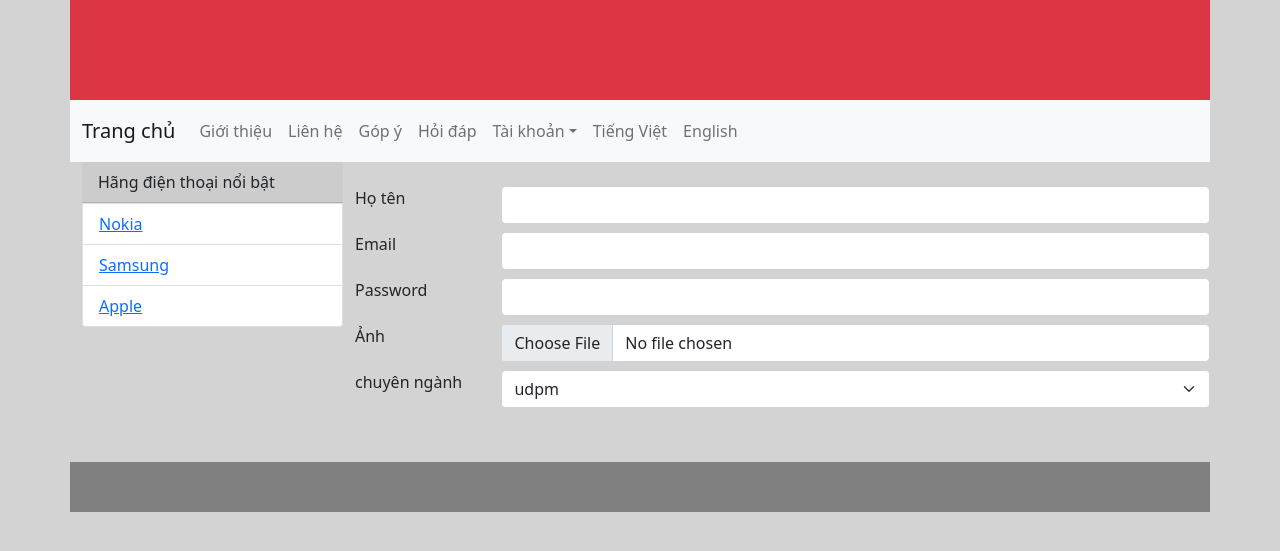
Repository: minhtu5502/fontendFamework
Page: day1 copy/index.html
An editor plug-in stored every save of this project. The page is shown before and after the next save, followed by the edit.
The browser window is 1280 px wide. The pictures show the whole page.

Above is the page before, as saved 2022-01-08 15:55:34.

### day1 copy/index.html
<!DOCTYPE html>
<html lang="en">

<head>
    <meta charset="UTF-8">
    <meta http-equiv="X-UA-Compatible" content="IE=edge">
    <meta name="viewport" content="width=device-width, initial-scale=1.0">
    <title>IT16313</title>
    <!-- Style -->
    <link rel="stylesheet" href="css/bootstrap.min.css" />
    <link rel="stylesheet" href="css/css.css">
</head>

<body>
    <!-- Script -->
    <script src="js/jquery.min.js"></script>
    <script src="js/popper.min.js"></script>
    <script src="js/bootstrap.min.js"></script>

    <div class="container">
        <header class="row bg-danger"></header>

        <nav class="row navbar navbar-expand-lg navbar-light bg-light">
            <div class="container-fluid">
                <a class="navbar-brand" href="#">Trang chủ</a>
                <button class="navbar-toggler" type="button" data-bs-toggle="collapse"
                    data-bs-target="#navbarSupportedContent" aria-controls="navbarSupportedContent"
                    aria-expanded="false" aria-label="Toggle navigation">
                    <span class="navbar-toggler-icon"></span>
                </button>
                <div class="collapse navbar-collapse" id="navbarSupportedContent">
                    <ul class="navbar-nav me-auto mb-2 mb-lg-0">
                        <li class="nav-item">
                            <a class="nav-link " href="#">Giới thiệu</a>
                        </li>
                        <li class="nav-item">
                            <a class="nav-link" href="#">Liên hệ</a>
                        </li>
                        <li class="nav-item">
                            <a class="nav-link" href="#">Góp ý</a>
                        </li>
                        <li class="nav-item">
                            <a class="nav-link" href="#">Hỏi đáp</a>
                        </li>
                        <li class="nav-item dropdown">
                            <a class="nav-link dropdown-toggle" href="#" id="navbarDropdown" role="button"
                                data-bs-toggle="dropdown" aria-expanded="false">Tài khoản</a>
                            <ul class="dropdown-menu" aria-labelledby="navbarDropdown">
                                <li><a class="dropdown-item" href="#">Đăng nhập</a></li>
                                <li><a class="dropdown-item" href="#">Đăng ký</a></li>
                                <li><a class="dropdown-item" href="#">Quên mật khẩu</a></li>

                                <li>
                                    <hr class="dropdown-divider">
                                </li>
                                <li><a class="dropdown-item" href="#">Hồ sơ cá nhân></li>
                                <li><a class="dropdown-item" href="#">Đổi mật khẩu</a></li>
                                <li><a class="dropdown-item" href="#">Đăng xuẩ</a></li>

                                <li>
                                    <hr class="dropdown-divider">
                                </li>
                                <li><a class="dropdown-item" href="#">Đơn đặt hàng</a></li>
                            </ul>
                        </li>
                        <li class="nav-item">
                            <a class="nav-link" href="#">Tiếng Việt</a>
                        </li>
                        <li class="nav-item ">
                            <a class="nav-link  " href="#">English</a>
                        </li>
        </nav>

        <div class="row p-0">
            <aside class="col-3">
                <ul class="list-group">
                    <div class="card-header">Hãng điện thoại nổi bật</div>
                    <li class="list-group-item"><a
                            href="https://uqoojcos5nobj.vcdn.cloud/uploads/2021/11/nokia-black-300x300.jpg">Nokia</a>
                    </li>
                    <li class="list-group-item"><a
                            href="https://uqoojcos5nobj.vcdn.cloud/uploads/2021/11/nokia-black-300x300.jpg">Samsung</a>
                    </li>
                    <li class="list-group-item"><a
                            href="https://uqoojcos5nobj.vcdn.cloud/uploads/2021/11/nokia-black-300x300.jpg">Apple</a>
                    </li>
                </ul>
            </aside>
            <article class="col-12 col-md-9 p-0 pt-3">
                <div class="container p-0">
                    <form action="" class="">
                        <div class="mt-2 row">
                            <label for="" class="col-2">Họ tên</label>
                            <div class="col-10"><input type="text" name="full_name" class="form-control" /></div>

                        </div>
                        <div class="mt-2 row">
                            <label for="" class="col-2">Email</label>
                            <div class="col-10"><input type="email" name="email" class="form-control" /></div>

                        </div>
                        <div class="mt-2 row">
                            <label for="" class="col-2">Password</label>
                            <div class="col-10"><input type="password" name="password" class="form-control" /></div>

                        </div>
                        <div class="mt-2 row">
                            <label for="" class="col-2">Ảnh</label>
                            <div class="col-10"><input type="file" name="avatar" class="form-control" /></div>

                        </div>
                        <div class="mt-2 row">
                            <label for="" class="col-2">chuyên ngành</label>
                            <div class="col-10">
                                <select name="" id="" class="form-select">
                                    <option value="udpm">udpm</option>
                                    <option value="tktw">tktw</option>
                                    <option value="ltmt">ltmt</option>
                                </select>
                            </div>

                        </div>
                    </form>
                </div>
            </article>
        </div>
        <footer class="row"></footer>
    </div>
</body>

</html>

### day1 copy/css/css.css
body{
    padding:0px;
    margin:0 auto;
    background-color:lightgray;
}
header{
    height:100px;
    background-color:red;
}
nav{
    line-height:30px;
    background-color:yellow;
}
.container>div>*{
    min-height:300px;
    /* background-color:blue; */
}

footer{
    height:50px;
    background-color:gray;
}

Loaded but not shown: day1 copy/css/bootstrap.min.css (library); day1 copy/js/jquery.min.js (library); day1 copy/js/popper.min.js (library); day1 copy/js/bootstrap.min.js (library)

After the next save:
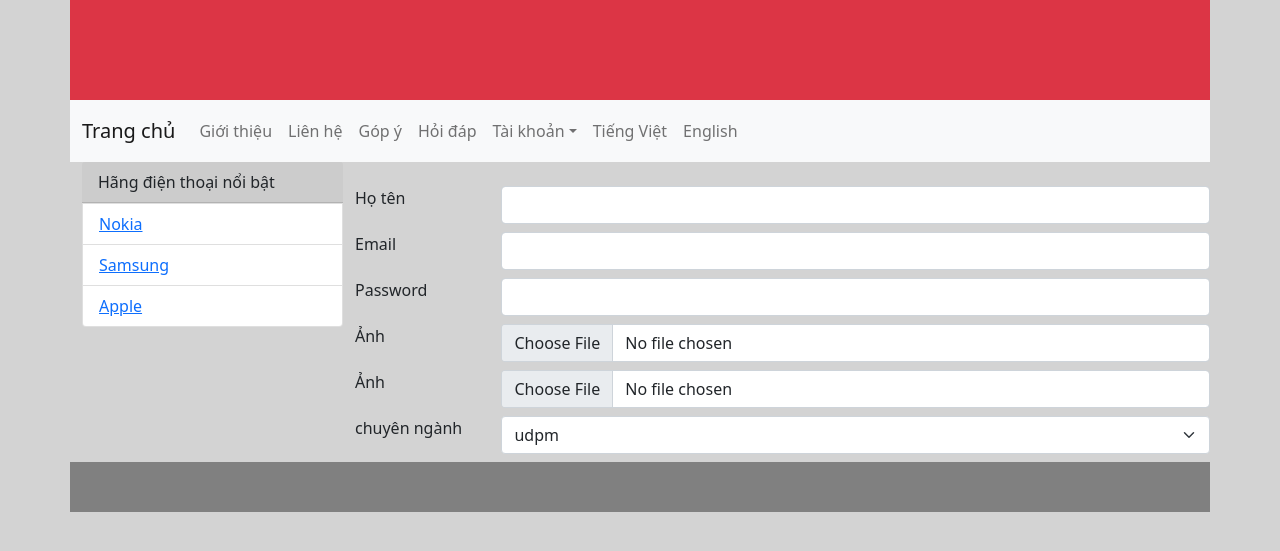
Saved 9 min 47 s later.
--- a/day1 copy/index.html
+++ b/day1 copy/index.html
@@ -110,6 +110,11 @@
 
                         </div>
                         <div class="mt-2 row">
+                            <label for="" class="col-2">Ảnh</label>
+                            <div class="col-10"><input type="file" name="avatar" class="form-control" /></div>
+
+                        </div>
+                        <div class="mt-2 row">
                             <label for="" class="col-2">chuyên ngành</label>
                             <div class="col-10">
                                 <select name="" id="" class="form-select">
